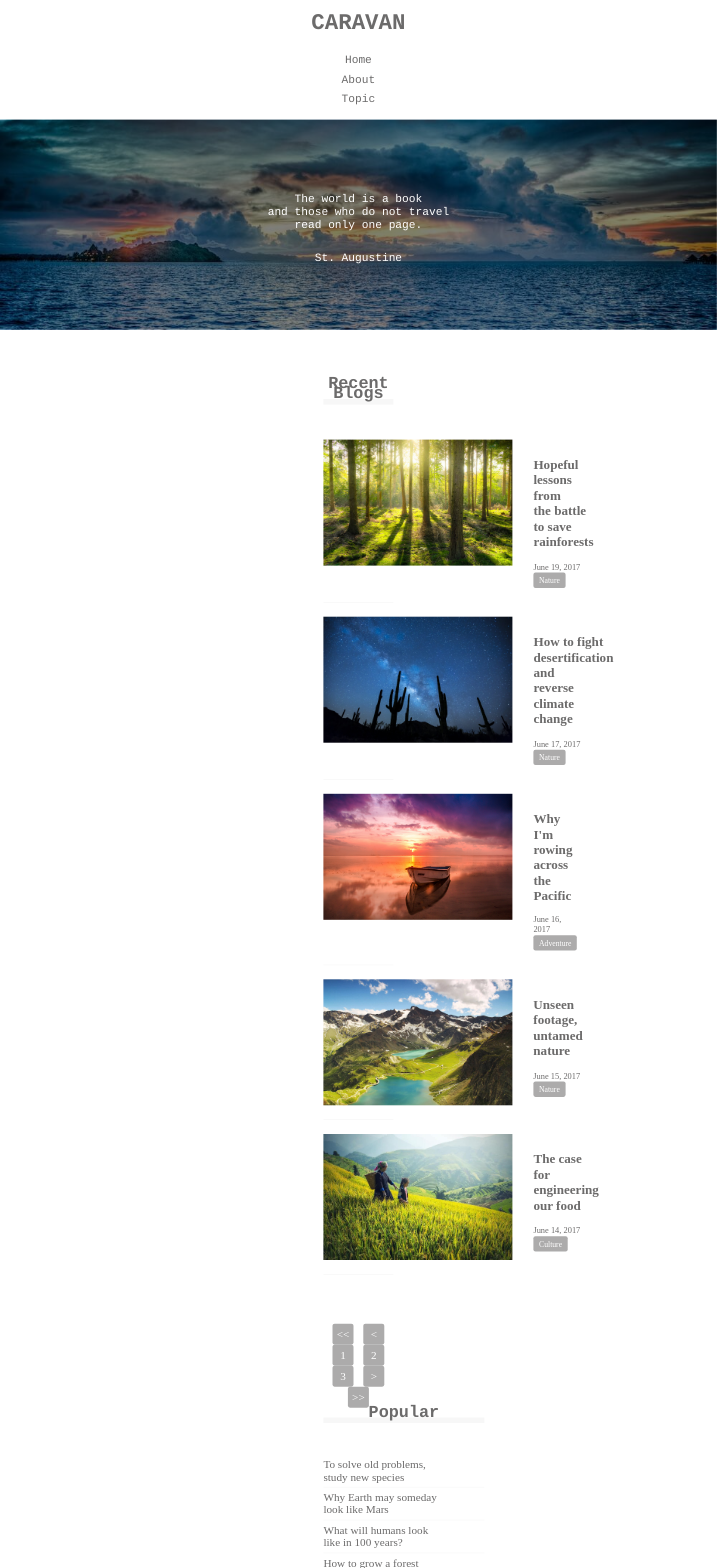
Repository: pureforest/html
Page: caravan/index.html
The author's editor kept a record of every edit. The page is drawn from the files as they stood at one moment, then again after the next edit.
The browser window is 1024 px wide. The pictures show the part of the page from y = 0 to 2240 px (the page is 3344 px tall), at 70% of full size.
Some web libraries are served in a nearby version.

Above is the page before.

### caravan/index.html
<!DOCTYPE html>
<html lang="ja">
  <head>
    <meta charset="UTF-8" />
    <meta name="viewport" content="width=device-width,initial-scale=1.0">
    <script src="https://kit.fontawesome.com/bb9908bf54.js" crossorigin="anonymous"></script>
    <link rel="stylesheet" href="style.css" />
    <title>CARAVAN</title>
  </head>

  <body>
    <header>
      <h1 class="heading">
        <a href="index.html">
          CARAVAN
        </a>
      </h1>

      <div class="social">
        <i class="fab fa-facebook-square"></i>
        <i class="fab fa-twitter-square"></i>
        <i class="fab fa-instagram"></i>
      </div>
    </header>

    <!-- navigation -->
    <nav>
      <ul class="nav-list">
        <li class="nav-list-item">
          <a href="index.html">Home</a>
        </li>
        <li class="nav-list-item">About</li>
        <li class="nav-list-item">Topic</li>
      </ul>
    </nav>

    <!-- main-visual用のdiv -->
    <div class="main-visual">
      <div class="main-visual-content">
        <p class="main-visual-text">
          The world is a book<br>
          and those who do not travel<br>
          read only one page.
        </p>
        <p class="main-visual-name">
          St. Augustine
        </p>
      </div>
    </div>

    <!-- main用のdiv -->
    <main>
      <section class="blog">
        <h2 class="blog-heading">Recent Blogs</h2>
        <div class="blog-box">
          <div class="blog-item">
            <img class="blog-image" src="img/forest.jpg" />
            <section class="blog-text">
              <h3 class="blog-text-heading">
                <a href="single.html">
                  Hopeful lessons from<br>
                  the battle to save<br>
                  rainforests
                </a>
              </h3>
              <p class="blog-date">June 19, 2017</p>
              <span class="category">Nature</span>
            </section>
          </div>
          <div class="blog-item">
            <img class="blog-image" src="img/desert.jpg" />
            <section class="blog-text">
              <h3 class="blog-text-heading">
                <a href="single.html">
                  How to fight<br>
                  desertification and<br>
                  reverse climate change
                </a>
              </h3>
              <p class="blog-date">June 17, 2017</p>
              <span class="category">Nature</span>
            </section>
          </div>
          <div class="blog-item">
            <img class="blog-image" src="img/sunset.jpg" />
            <section class="blog-text">
              <h3 class="blog-text-heading">
                <a href="single.html">
                  Why I'm rowing<br>
                  across the Pacific
                </a>
              </h3>
              <p class="blog-date">June 16, 2017</p>
              <span class="category">Adventure</span>
            </section>
          </div>
          <div class="blog-item">
            <img class="blog-image" src="img/italy.jpg" />
            <section class="blog-text">
              <h3 class="blog-text-heading">
                <a href="single.html">
                  Unseen footage,<br>
                  untamed nature
                </a>
              </h3>
              <p class="blog-date">June 15, 2017</p>
              <span class="category">Nature</span>
            </section>
          </div>
          <div class="blog-item">
            <img class="blog-image" src="img/asia.jpg" />
            <section class="blog-text">
              <h3 class="blog-text-heading">
                <a href="single.html">
                  The case for<br>
                  engineering our food
                </a>
              </h3>
              <p class="blog-date">June 14, 2017</p>
              <span class="category">Culture</span>
            </section>
          </div>
        </div>
        <div class="pagination">
         <p><<</p>
         <p><</P>
         <p>1</p>
         <p>2</p>
         <p>3</p>
         <p>></p>
         <p>>></p>
        </div>
      </section>


      <div class="sidebar">
       <section class="popular">
        <h2 class="popular-heading common-heading">Popular</h2>
        <div class="sidebar-contents">
          <p class="popular-text">To solve old problems,<br>study new species</p>
          <p class="popular-text">Why Earth may someday<br>look like Mars</p>
          <p class="popular-text">What will humans look<br>like in 100 years?</p>
          <p class="popular-text">How to grow a forest<br>in your backyard</p>
          <p class="popular-text">How humans could evolve<br>to survive in space</p>
        </div>
       </section>

       <section class="instagram">
        <h2 class="instagram-heading common-heading">Instagram</h2>
          <div class="sidebar-contents">
            <div class="instagram-box"></div>
            <div class="instagram-box"></div>
            <div class="instagram-box"></div>
            <div class="instagram-box"></div>
            <div class="instagram-box"></div>
            <div class="instagram-box"></div>
          </div>
       </section>

       <section class="categories">
          <h2 class="categories-heading common-heading">Categories</h2>
          <div class="sidebar-contents">
            <p class="categories-text">Technology(15)</p>
            <p class="categories-text">Business(23)</p>
            <p class="categories-text">Entertainment(12)</p>
            <p class="categories-text">Nature(32)</p>
            <p class="categories-text">Education(9)</p>
            <p class="categories-text">Adventure(23)</p>
            <p class="categories-text">Communication(14)</p>
          </div>
        </section>
      </div>
    </main>

    <!-- footer -->
    <footer>
      <p class="footer-text">© All rights reserved by Infratop.Inc.</p>
    </footer>
  </body>
</html>

### caravan/style.css
* {
  margin: 0;
  padding: 0;
  box-sizing: border-box;
  color: #6c6b6b;
}

a{
  text-decoration: none;
}

header,nav,h2,.main-visual,footer{
  font-family: Chalkduster, "Bradley Hand", Courier, "Segoe Print", sans-serif;
}

header {
  width: 90%;
  padding: 15px 0;
  margin: 0 auto;
  text-align: center;
  position: relative;
}

.social i{
  display: inline-block;
  margin-left: 20px;
}

.social {
  position: absolute;
  top: 22px;
  right: 22px;
}

header .heading {
  font-size: 32px;
}

.nav-list {
  text-align: center;
  padding: 10px 0;
  margin: 0 auto;
}

.nav-list-item {
  list-style: none;
  display: inline-block;
  margin: 0 20px;
}

.main-visual {
  width: 100%; /* 横幅いっぱい */
  height: 300px; /* 高さ300px */
  background-image: url(img/mv.jpg);
  background-size: cover; /* 縦横比を維持したまま背景領域を埋め尽くす */
  background-position: center; /* 背景画像を中央に配置 */
}

.main-visual-content {
  width: 40%; /* 横幅40% */
  height: 300px; /* 親の高さに揃える */
  background-color: rgba(0, 0, 0, 0.5); /* 背景色を半透明の黒にする */
  text-align: center; /* 文字を中央揃えにする */
  padding-top: 105px; /* 上側の内側余白で垂直方向の位置を調整 */
}

.main-visual-text {
  color: #fff;
}

.main-visual-name {
  margin-top: 30px;
  color: #fff;
}

main {
  width: 800px;
  display: flex;
  justify-content: center;
  margin: 0 auto;
  padding: 70px 0;
}

.blog {
  width: 540px;
  margin-right: 30px;
}

.blog-heading {
  border-bottom: 8px solid #f7f7f7;
  text-align: center;
  line-height: 0.6;
}

.blog-box{
  padding-top: 50px
}

.blog-item {
  padding-bottom: 20px;
  margin-bottom: 20px;
  border-bottom: 1px solid #f7f7f7;
  display: flex;
  justify-content: flex-start;}

.blog-image {
  height: 180px;
}

.blog-text {
  padding: 25px 0 0 30px;
}

.blog-text-heading{
  padding-bottom: 15px;
}
.blog-date {
  font-size: 12px;
  display: inline-block;
}
.category {
  display: inline-block;
  padding: 5px 8px;
  background-color: #acabab;
  border-radius: 3px;
  color: #fff;
  font-size: 11px;
}

.pagination{
  text-align: center;
  padding-top: 50px;
}

.pagination p{
  display: inline-block;
  width: 30px;
  height: 30px;
  margin: 0 5px;
  color: #fff;
  background-color: #acabab;
  border-radius: 3px;
  line-height: 30px;
}
.sidebar {
  width: 230px;
}

.common-heading {
  border-bottom: 8px solid #f7f7f7;
  text-align: center;
  line-height: 0.6;
}

.sidebar-contents {
  padding: 50px 0;
}

.popular-text,
.categories-text {
  padding-bottom: 5px;
  border-bottom: 1px solid #f7f7f7;
  margin-bottom: 5px;
}

.popular-text:last-child,
.categories-text:last-child {
  margin: 0;
  padding: 0;
  border: none;
}

.instagram .sidebar-contents {
  display: flex;
  flex-wrap: wrap;
}

.instagram-box {
  width: 110px;
  padding-top: 110px;
  background-size: cover;
  background-position: center;
  margin-bottom: 10px;
}

.instagram-box:nth-child(odd) {
  margin: 0 10px 10px 0;
}

.instagram-box:nth-child(1) {
  background-image: url(img/airport.jpg);
}

.instagram-box:nth-child(2) {
  background-image: url(img/japan.jpg);
}

.instagram-box:nth-child(3) {
  background-image: url(img/snow.jpg);
}

.instagram-box:nth-child(4) {
  background-image: url(img/japan2.jpg);
}

.instagram-box:nth-child(5) {
  background-image: url(img/lake.jpg);
}

.instagram-box:nth-child(6) {
  background-image: url(img/road.jpg);
}

footer {
  width: 100%;
  height: 120px;
  text-align: center;
  line-height: 120px;
  background-color: #848282;
}

.footer-text {
  color: #fff;
}

@media screen and (max-width: 1024px) {
  header {
  width: 100%;
}

.social {
  display: none;
}

.nav-list {
  width: 100%
}

.nav-list-item {
  width: 100%;
  margin: 0 0 10px 0;
}

.main-visual-content {
  width: 100%;
}

main {
  width: 100px;
  display: block;
}

.blog {
  width: 100%;
}

.blog-heading {
  border-bottom: 8px solid #f7f7f7;
  text-align: center;
  line-height: 0.6;
}

.blog-box{
  padding-top: 50px
}

.blog-item {
  padding-bottom: 20px;
  margin-bottom: 20px;
  border-bottom: 1px solid #f7f7f7;
  display: flex;
  justify-content: flex-start;}

.blog-image {
  height: 180px;
}

.blog-text {
  padding: 25px 0 0 30px;
}

.blog-text-heading{
  padding-bottom: 15px;
}
.blog-date {
  font-size: 12px;
  display: inline-block;
}
.category {
  display: inline-block;
  padding: 5px 8px;
  background-color: #acabab;
  border-radius: 3px;
  color: #fff;
  font-size: 11px;
}

.pagination{
  text-align: center;
  padding-top: 50px;
}

.pagination p{
  display: inline-block;
  width: 30px;
  height: 30px;
  margin: 0 5px;
  color: #fff;
  background-color: #acabab;
  border-radius: 3px;
  line-height: 30px;
}
.sidebar {
  width: 230px;
}

.common-heading {
  border-bottom: 8px solid #f7f7f7;
  text-align: center;
  line-height: 0.6;
}

.sidebar-contents {
  padding: 50px 0;
}

.popular-text,
.categories-text {
  padding-bottom: 5px;
  border-bottom: 1px solid #f7f7f7;
  margin-bottom: 5px;
}

.popular-text:last-child,
.categories-text:last-child {
  margin: 0;
  padding: 0;
  border: none;
}

.instagram .sidebar-contents {
  display: flex;
  flex-wrap: wrap;
}

.instagram-box {
  width: 110px;
  padding-top: 110px;
  background-size: cover;
  background-position: center;
  margin-bottom: 10px;
}

.instagram-box:nth-child(odd) {
  margin: 0 10px 10px 0;
}

.instagram-box:nth-child(1) {
  background-image: url(img/airport.jpg);
}

.instagram-box:nth-child(2) {
  background-image: url(img/japan.jpg);
}

.instagram-box:nth-child(3) {
  background-image: url(img/snow.jpg);
}

.instagram-box:nth-child(4) {
  background-image: url(img/japan2.jpg);
}

.instagram-box:nth-child(5) {
  background-image: url(img/lake.jpg);
}

.instagram-box:nth-child(6) {
  background-image: url(img/road.jpg);
}

footer {
  width: 100%;
  height: 120px;
  text-align: center;
  line-height: 120px;
  background-color: #848282;
}

After the next edit:
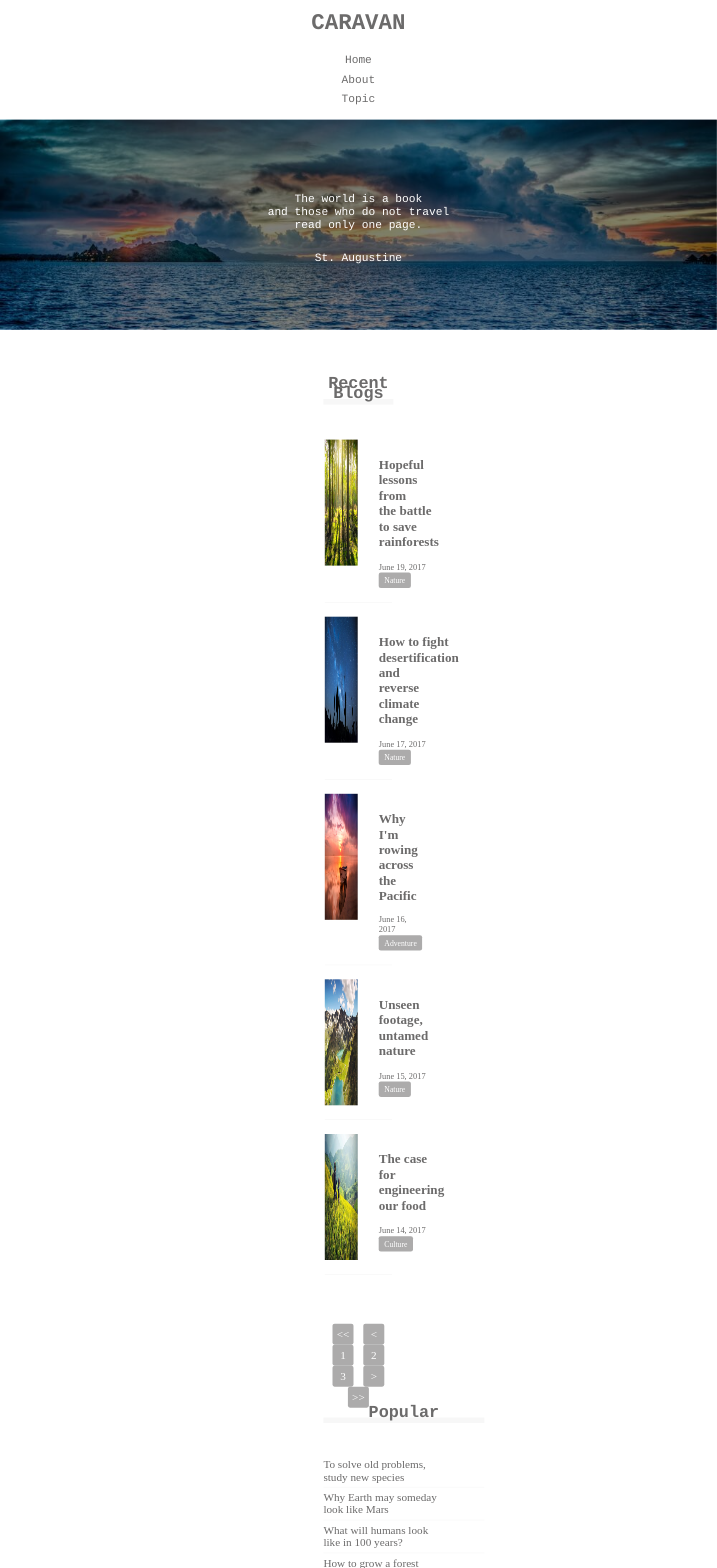
The edit:
--- a/caravan/style.css
+++ b/caravan/style.css
@@ -252,27 +252,16 @@
 
 .blog {
   width: 100%;
-}
-
-.blog-heading {
-  border-bottom: 8px solid #f7f7f7;
-  text-align: center;
-  line-height: 0.6;
+  margin: 0;
 }
 
 .blog-box{
-  padding-top: 50px
-}
-
-.blog-item {
-  padding-bottom: 20px;
-  margin-bottom: 20px;
-  border-bottom: 1px solid #f7f7f7;
-  display: flex;
-  justify-content: flex-start;}
+  padding-left: 2%;
+    padding-right: 2%;
+}
 
 .blog-image {
-  height: 180px;
+  width:49%;
 }
 
 .blog-text {
